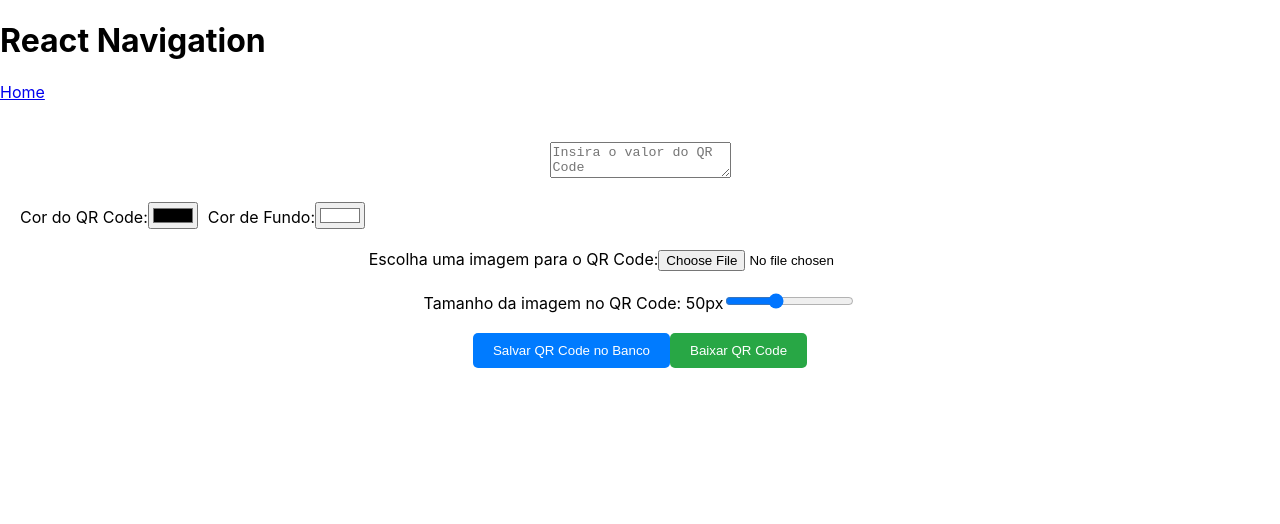
Repository: MarcusVTAlmeida/ReactQrcode
Page: /Home
An editor plug-in stored every save of this project. The page is shown before and after the next save, followed by the edit.
The browser window is 1280 px wide. The pictures show the whole page.
The project was rebuilt for these pictures with package versions that can differ from the ones it lists, and the page was loaded fresh each time. Also part of the build but not shown: src/login.js, src/profile.js.

Above is the page before, as saved 2024-12-16 20:54:02.

After the next save:
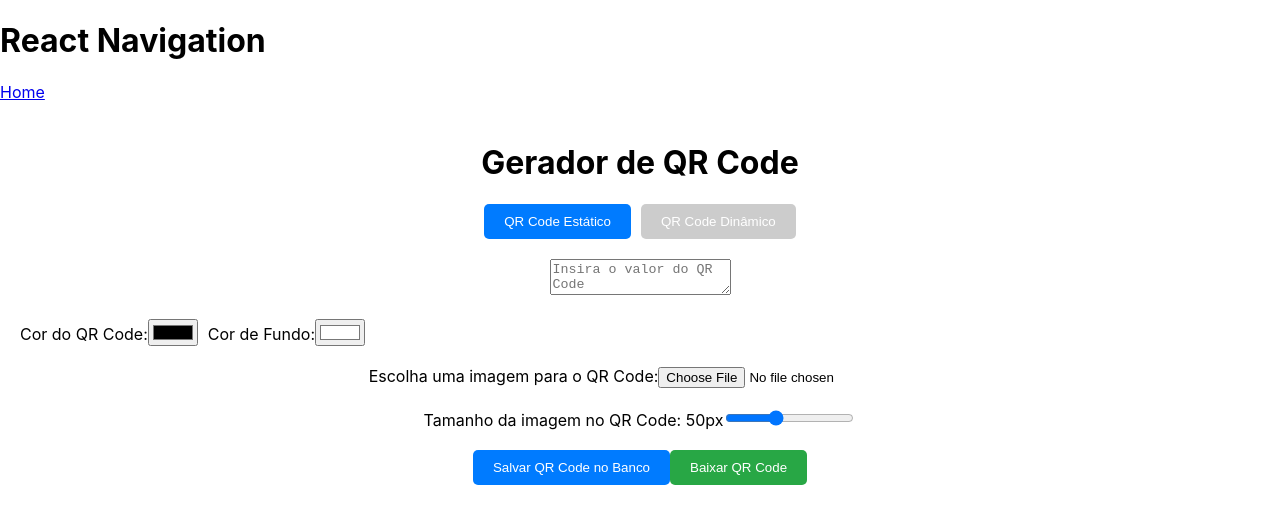
Saved 5 min 50 s later.
--- a/src/home.js
+++ b/src/home.js
@@ -1,20 +1,24 @@
 import React, { useState, useRef } from 'react';
 import { QRCodeCanvas } from 'qrcode.react';
-import { firestore, auth, storage } from './firebase';
-import { ref, uploadBytes, getDownloadURL } from 'firebase/storage';
+import { firestore, auth } from './firebase';
 import { collection, doc, setDoc, serverTimestamp } from 'firebase/firestore';
 
 export default function App() {
   const [qrCodeValue, setQrCodeValue] = useState('');
-  const [isStaticMode, setIsStaticMode] = useState(false);
+  const [isStaticMode, setIsStaticMode] = useState(true); // Adiciona o modo padrão como estático
 
   const [fgColor, setFgColor] = useState('#000000');
   const [bgColor, setBgColor] = useState('#ffffff');
 
   const [imageURL, setImageURL] = useState(null);
-  const [imageSize, setImageSize] = useState(50); // Tamanho inicial da imagem
+  const [imageSize, setImageSize] = useState(50);
 
   const qrCodeRef = useRef();
+
+  // Alternar entre QR Code dinâmico e estático
+  const toggleMode = (mode) => {
+    setIsStaticMode(mode === 'static');
+  };
 
   // Upload de imagem e conversão para Base64
   const handleImageUpload = (e) => {
@@ -23,16 +27,16 @@ export default function App() {
       const reader = new FileReader();
 
       reader.onload = (event) => {
-        setImageURL(event.target.result); // Imagem convertida para Base64
+        setImageURL(event.target.result);
       };
 
-      reader.readAsDataURL(file); // Converte o arquivo para Base64
+      reader.readAsDataURL(file);
     } else {
       alert('Por favor, selecione uma imagem no formato PNG ou SVG.');
     }
   };
 
-  // Salvar QR Code no banco de dados
+  // Salvar QR Code no Firestore
   const handleSaveQRCode = async () => {
     if (!qrCodeValue.trim()) {
       alert('Por favor, insira um valor para o QR Code!');
@@ -67,20 +71,43 @@ export default function App() {
 
   // Download do QR Code como PNG
   const handleDownloadQRCode = () => {
-    const canvas = qrCodeRef.current.querySelector('canvas'); // Pega o canvas gerado
+    const canvas = qrCodeRef.current.querySelector('canvas');
     if (!canvas) {
       alert('Erro ao gerar QR Code para download.');
       return;
     }
 
     const link = document.createElement('a');
-    link.href = canvas.toDataURL('image/png'); // Converte para PNG
+    link.href = canvas.toDataURL('image/png');
     link.download = 'qrcode.png';
     link.click();
   };
 
   return (
     <div style={styles.container}>
+      <h1>Gerador de QR Code</h1>
+
+      <div style={styles.buttonGroup}>
+        <button
+          onClick={() => toggleMode('static')}
+          style={{
+            ...styles.toggleButton,
+            backgroundColor: isStaticMode ? '#007BFF' : '#ccc',
+          }}
+        >
+          QR Code Estático
+        </button>
+        <button
+          onClick={() => toggleMode('dynamic')}
+          style={{
+            ...styles.toggleButton,
+            backgroundColor: !isStaticMode ? '#28A745' : '#ccc',
+          }}
+        >
+          QR Code Dinâmico
+        </button>
+      </div>
+
       <div style={styles.inputContainer}>
         <textarea
           placeholder="Insira o valor do QR Code"
@@ -155,8 +182,6 @@ export default function App() {
                 imageURL
                   ? {
                       src: imageURL,
-                      x: undefined,
-                      y: undefined,
                       height: imageSize,
                       width: imageSize,
                       excavate: false,
@@ -172,28 +197,19 @@ export default function App() {
 }
 
 const styles = {
-  container: {
-    padding: '20px',
-    textAlign: 'center',
-  },
-  inputContainer: {
-    margin: '20px auto',
-  },
-  colorPickerContainer: {
-    marginTop: '20px',
-    display: 'flex',
-    gap: '10px',
-    alignItems: 'center',
-  },
-  imageUploadContainer: {
-    marginTop: '20px',
-  },
-  sliderContainer: {
-    marginTop: '20px',
-  },
-  qrCodeContainer: {
-    marginTop: '20px',
-    display: 'inline-block',
+  container: { padding: '20px', textAlign: 'center' },
+  inputContainer: { margin: '20px auto' },
+  colorPickerContainer: { marginTop: '20px', display: 'flex', gap: '10px' },
+  imageUploadContainer: { marginTop: '20px' },
+  sliderContainer: { marginTop: '20px' },
+  qrCodeContainer: { marginTop: '20px' },
+  buttonGroup: { display: 'flex', justifyContent: 'center', gap: '10px' },
+  toggleButton: {
+    padding: '10px 20px',
+    border: 'none',
+    borderRadius: '5px',
+    color: 'white',
+    cursor: 'pointer',
   },
   saveButton: {
     marginTop: '20px',
@@ -202,7 +218,6 @@ const styles = {
     padding: '10px 20px',
     border: 'none',
     borderRadius: '5px',
-    cursor: 'pointer',
   },
   downloadButton: {
     marginTop: '10px',
@@ -211,6 +226,5 @@ const styles = {
     padding: '10px 20px',
     border: 'none',
     borderRadius: '5px',
-    cursor: 'pointer',
   },
 };
